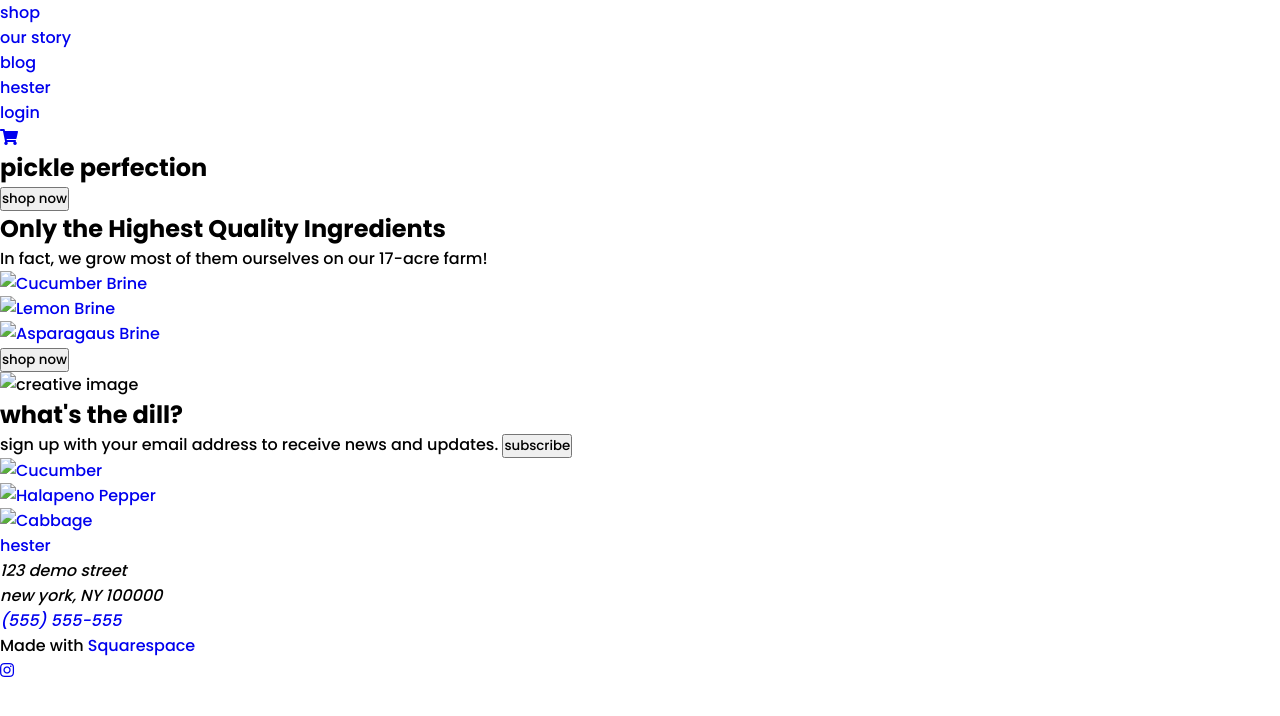
Repository: latenightsnacc/HTML-LESSONS
Page: WEB-DESIGN-2/PROJECTS/hester-p4/index.html
These files come from the project's save history. The page is drawn as it stood at one moment and after the next save; the edit follows.
The browser window is 1280 px wide. The pictures show the whole page.
Some web libraries are served in a nearby version.

Above is the page before, as saved 2021-07-19 11:46:53.

After the next save:
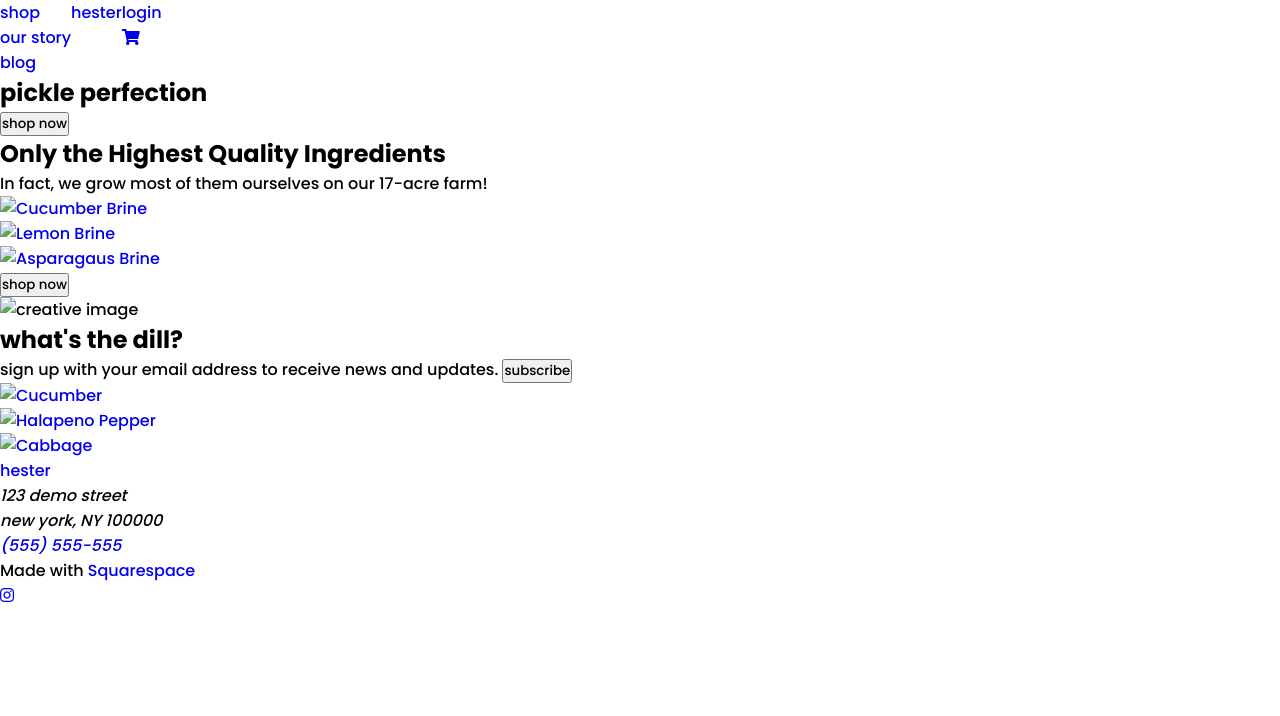
Saved 20 s later.
--- a/WEB-DESIGN-2/PROJECTS/hester-p4/stylesheets/stylesheet.css
+++ b/WEB-DESIGN-2/PROJECTS/hester-p4/stylesheets/stylesheet.css
@@ -13,4 +13,6 @@
     background-color: #ffffff;
 }
 
-.nav
+.nav {
+    display: flex;
+}

After the save that followed:
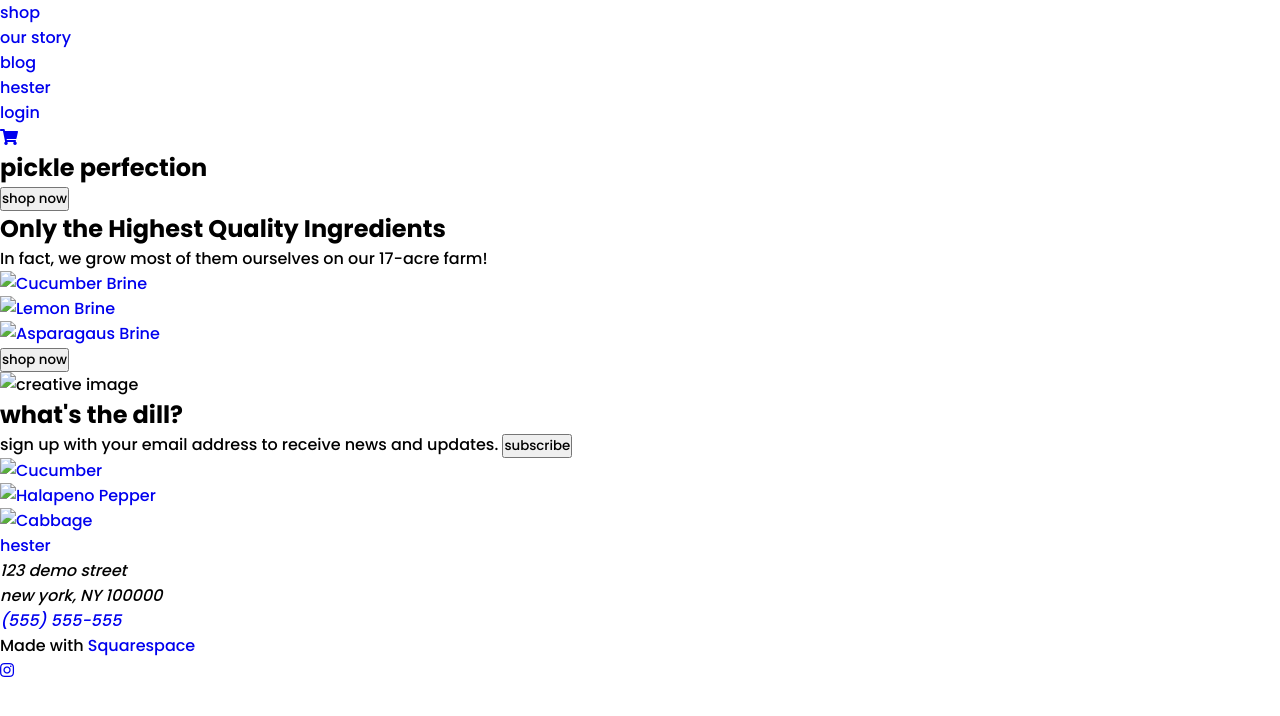
Saved 10 s later.
--- a/WEB-DESIGN-2/PROJECTS/hester-p4/stylesheets/stylesheet.css
+++ b/WEB-DESIGN-2/PROJECTS/hester-p4/stylesheets/stylesheet.css
@@ -14,5 +14,5 @@
 }
 
 .nav {
-    display: flex;
+    /* display: flex; */
 }
